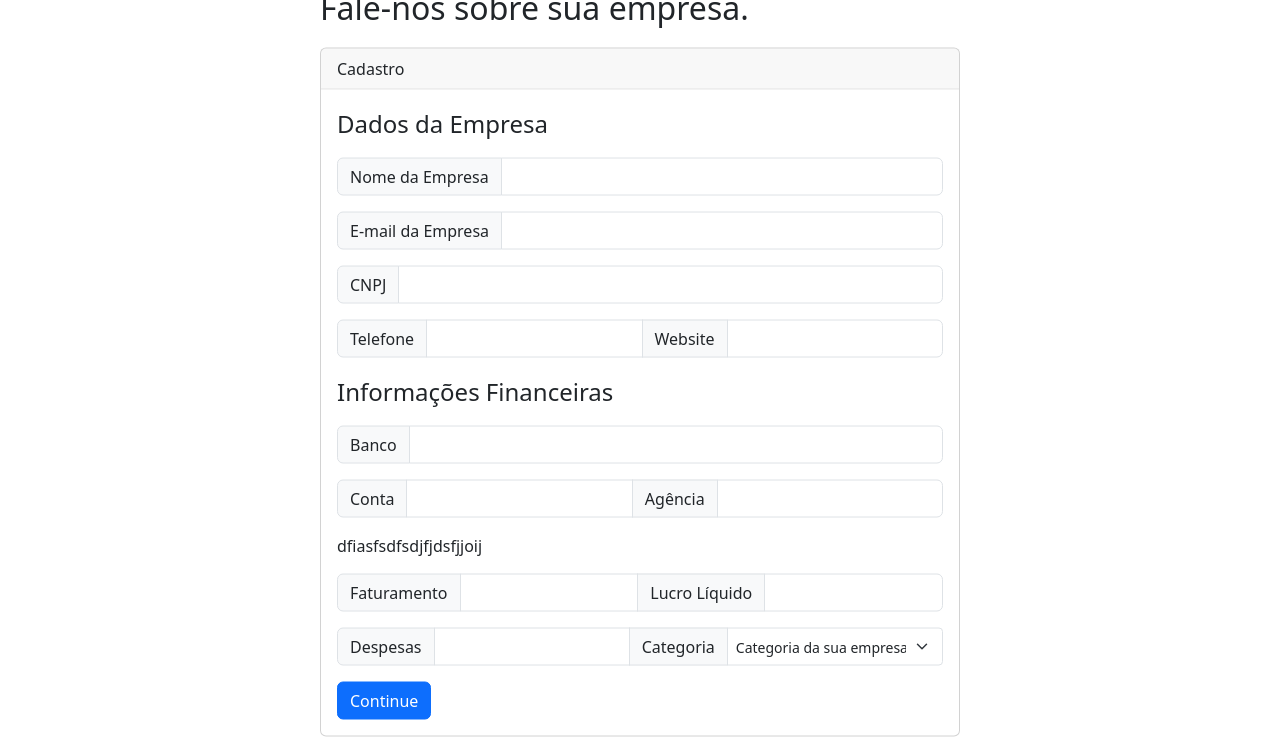
Repository: vandrecx/utilitaries
Page: http://localhost/login_archive/cadastro.php
An editor plug-in stored every save of this project. The page is shown before and after the next save, followed by the edit.
The browser window is 1280 px wide. The pictures show the whole page.
The page is run by PHP 8.4 with error messages shown; the project is at /var/www/html/.

Above is the page before, as saved 2024-05-03 13:26:53.

### login_archive/cadastro.php
<?php

require_once 'Conn.php';
include 'funcoes.php';

?>

<!DOCTYPE html>
<html lang="en">
<head>
    <meta charset="UTF-8">
    <meta name="viewport" content="width=device-width, initial-scale=1.0">
    <link href="https://cdn.jsdelivr.net/npm/bootstrap@5.3.3/dist/css/bootstrap.min.css" rel="stylesheet" integrity="sha384-QWTKZyjpPEjISv5WaRU9OFeRpok6YctnYmDr5pNlyT2bRjXh0JMhjY6hW+ALEwIH" crossorigin="anonymous">
    <title>Página de Cadastro</title>
</head>
<body>
    <div style="width: 50%; justify-content: center; position: absolute; top: 50%; left: 50%; transform: translate(-50%, -50%);">
        <p class="fs-2">Fale-nos sobre sua empresa.</p>
        <div class="card">
            <div class="card-header">
                Cadastro
            </div>
            <div class="card-body">
                <p class="fs-4">Dados da Empresa</p>
                <form method="POST" action="UserSignUp.php">
                    <div class="input-group mb-3">
                        <span class="input-group-text" id="inputGroup-sizing-default">Nome da Empresa</span>
                        <input type="text" class="form-control" aria-label="Sizing example input" aria-describedby="inputGroup-sizing-default">
                    </div>
                    <div class="input-group mb-3">
                        <span class="input-group-text" id="inputGroup-sizing-default">E-mail da Empresa</span>
                        <input type="text" class="form-control" aria-label="Sizing example input" aria-describedby="inputGroup-sizing-default">
                    </div>
                    <div class="input-group mb-3">
                        <span class="input-group-text" id="inputGroup-sizing-default">CNPJ</span>
                        <input type="text" class="form-control" aria-label="Sizing example input" aria-describedby="inputGroup-sizing-default">
                    </div>
                    <div class="input-group mb-3">
                        <span class="input-group-text" id="inputGroup-sizing-default">Telefone</span>
                        <input type="text" class="form-control" aria-label="Sizing example input" aria-describedby="inputGroup-sizing-default">
                        <span class="input-group-text" id="inputGroup-sizing-default">Website</span>
                        <input type="text" class="form-control" aria-label="Sizing example input" aria-describedby="inputGroup-sizing-default">
                    </div>
                    <p class="fs-4">Informações Financeiras</p>
                    <div class="input-group mb-3">
                        <span class="input-group-text" id="inputGroup-sizing-default">Banco</span>
                        <input type="text" class="form-control" aria-label="Sizing example input" aria-describedby="inputGroup-sizing-default">
                    </div>
                    <div class="input-group mb-3">
                        <span class="input-group-text" id="inputGroup-sizing-default">Conta</span>
                        <input type="text" class="form-control" aria-label="Sizing example input" aria-describedby="inputGroup-sizing-default">
                        <span class="input-group-text" id="inputGroup-sizing-default">Agência</span>
                        <input type="text" class="form-control" aria-label="Sizing example input" aria-describedby="inputGroup-sizing-default">
                    </div>
                    <p class="fs-6">dfiasfsdfsdjfjdsfjjoij</p>
                    <div class="input-group mb-3">
                        <span class="input-group-text" id="inputGroup-sizing-default">Faturamento</span>
                        <input type="text" class="form-control" aria-label="Sizing example input" aria-describedby="inputGroup-sizing-default">
                        <span class="input-group-text" id="inputGroup-sizing-default">Lucro Líquido</span>
                        <input type="text" class="form-control" aria-label="Sizing example input" aria-describedby="inputGroup-sizing-default">
                    </div>
                    <div class="input-group mb-3">
                        <span class="input-group-text" id="inputGroup-sizing-default">Despesas</span>
                        <input type="text" class="form-control" aria-label="Sizing example input" aria-describedby="inputGroup-sizing-default">
                        <span class="input-group-text" id="inputGroup-sizing-default">Categoria</span>
                        <select class="form-select form-select-sm" aria-label="Large select example">
                            <option selected>Categoria da sua empresa</option>
                            <option value="1">Prestação de Serviços</option>
                            <option value="2">Indústria</option>
                            <option value="3">Vendas</option>
                        </select>
                    </div>
                    <button type="submit" class="btn btn-primary" name="submit">Continue</button>
                </form>
            </div>
        </div>
    </div>

</body>
</html>

### login_archive/Conn.php
<?php

//PDO (PHP DATA OBJECTS)

$pdo = new PDO("mysql:host=localhost; dbname=sistema; charset=UTF8", "root", ""); // REALIZA CONEXÃO COM PDO
$pdo->setAttribute(PDO::ATTR_ERRMODE, PDO::ERRMODE_EXCEPTION); // EXCEPTIONS

?>

### login_archive/funcoes.php
<?php

require_once 'Conn.php';

// FUNÇÃO RESPONSÁVEL POR SANITIZAR OS DADOS PASSADOS POR POST
function sanitizeData($input_name, $type){
    switch ($type){

        case 'text':
            return filter_input(INPUT_POST, $input_name, FILTER_SANITIZE_SPECIAL_CHARS);
            break;

        case 'email':
            $email = filter_input(INPUT_POST, $input_name, FILTER_SANITIZE_EMAIL);
            //VALIDAR EMAIL AQUI NO MEIO
            return $email;
            break;

        case 'url':
            return filter_input(INPUT_POST, $input_name, FILTER_SANITIZE_URL);
            break;

        case 'int':
            return filter_input(INPUT_POST, $input_name, FILTER_SANITIZE_NUMBER_INT);
            break;

        case 'float':
            return filter_input(INPUT_POST, $input_name, FILTER_SANITIZE_NUMBER_FLOAT);
            break;

        default:
            return $input_name;
    }
}

// GERA SENHA ALEATÓRIA DE 6 CARACTERES
function generatePassword(){
    $chars = 'abcdefghijklmnopqrstuvwxyzABCDEFGHIJKLMNOPQRSTUVWXYZ0123456789!@#$%^&*()-_=+';
    return substr(str_shuffle($chars), 0, 5) . substr(str_shuffle('ABCDEFGHIJKLMNOPQRSTUVWXYZ!@#$%^&*()-_=+'), 0, 1);
}

// ATUALIZA SENHA (usada em ForgotPassword.php)
function updatePass($newpass, $email, $pdo){

    try{

        $update = $pdo->prepare("UPDATE entidade SET s_password_entidade = :new_pass WHERE s_enterpriseemail_entidade = :s_enterpriseemail_entidade");
        $update->bindParam(':new_pass', $newpass);
        $update->bindParam(':s_enterpriseemail_entidade', $email);
        $update->execute();

    } catch(PDOException $err) {

        echo 'Erro na atualização: ' . $err;

    }

}

//ESCONDE EMAIL DE RECUPERAÇÃO PASSADO POR SESSION
function hideEmail(){

    session_start();

    $email = $_SESSION['pass_repair'];
    $encript_email = substr($email, 0, 5);
    $result_email = $encript_email . str_repeat("*", strlen($email) - 5);

    session_destroy();

    return $result_email;
}

?>

After the next save:
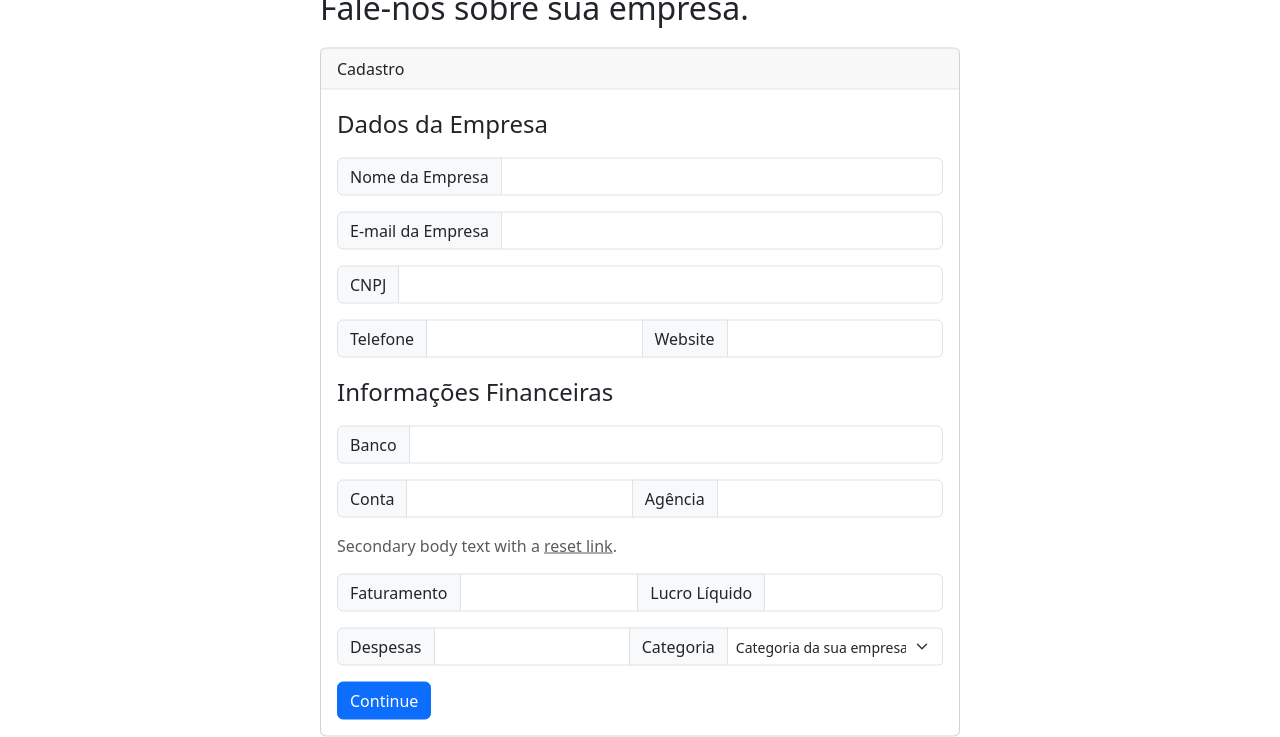
Saved 31 s later.
--- a/login_archive/cadastro.php
+++ b/login_archive/cadastro.php
@@ -52,7 +52,9 @@ include 'funcoes.php';
                         <span class="input-group-text" id="inputGroup-sizing-default">Agência</span>
                         <input type="text" class="form-control" aria-label="Sizing example input" aria-describedby="inputGroup-sizing-default">
                     </div>
-                    <p class="fs-6">dfiasfsdfsdjfjdsfjjoij</p>
+                    <p class="text-body-secondary">
+                        Secondary body text with a <a href="#" class="text-reset">reset link</a>.
+                    </p>
                     <div class="input-group mb-3">
                         <span class="input-group-text" id="inputGroup-sizing-default">Faturamento</span>
                         <input type="text" class="form-control" aria-label="Sizing example input" aria-describedby="inputGroup-sizing-default">
